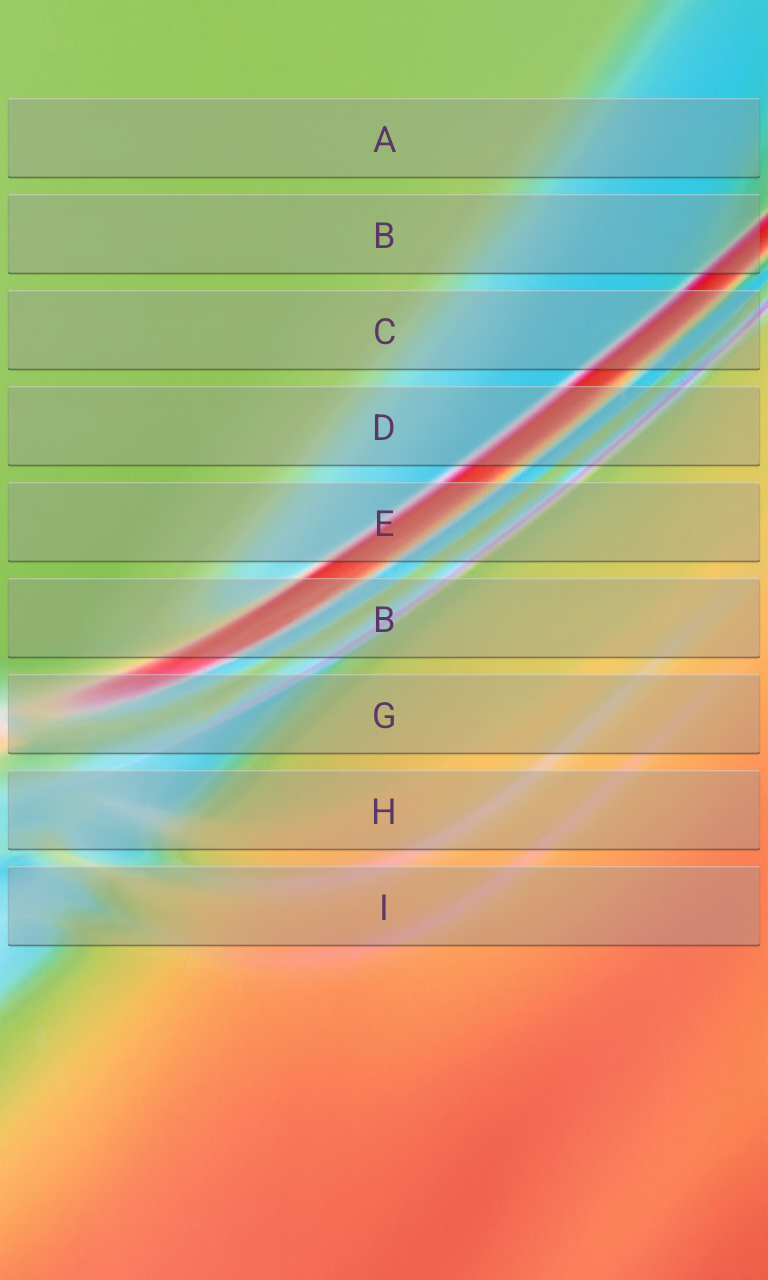
Repository: kurisutianmoscosa-zz/ojt
Layout: ANDROID DEVELOPMENT FILES - EASYABC/AndroidDev/EasyABC/res/layout/activity_second.xml
The author's editor kept a copy of each file at every save. The layout is drawn from the files as they stood at one save, then again after the next save.
It is drawn on a 768 x 1280 px phone screen (xhdpi) without system bars, with theme AppTheme; the app's code is not run.

Above is the layout before, as saved 2013-05-01 17:23:09.

After the next save:
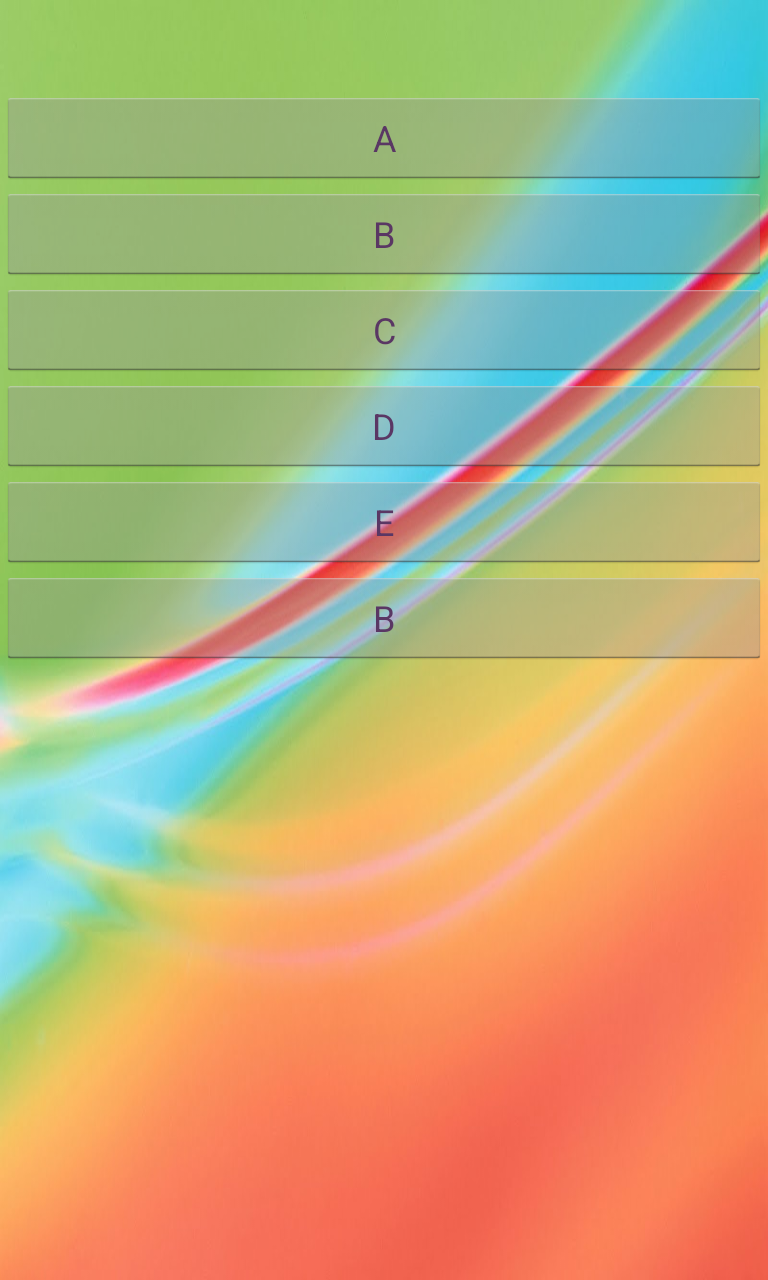
Saved 93 s later.
--- a/ANDROID DEVELOPMENT FILES - EASYABC/AndroidDev/EasyABC/res/layout/activity_second.xml
+++ b/ANDROID DEVELOPMENT FILES - EASYABC/AndroidDev/EasyABC/res/layout/activity_second.xml
@@ -53,29 +53,6 @@
         android:text="@string/alpha2"
         android:onClick="a6" />
 
-    <Button
-        android:id="@+id/alpha7"
-        android:layout_width="fill_parent"
-        android:layout_height="wrap_content"
-        android:textColor="#5a3764"
-        android:text="@string/alpha7"
-		android:onClick="a7" />
-
-    <Button
-        android:id="@+id/alpha8"
-        android:layout_width="fill_parent"
-        android:layout_height="wrap_content"
-        android:textColor="#5a3764"
-        android:text="@string/alpha8"
-        android:onClick="a8" />
-
-    <Button
-        android:id="@+id/alpha9"
-        android:layout_width="fill_parent"
-        android:layout_height="wrap_content"
-        android:textColor="#5a3764"
-        android:text="@string/alpha9"
-        android:onClick="a9" />
 
 
 
